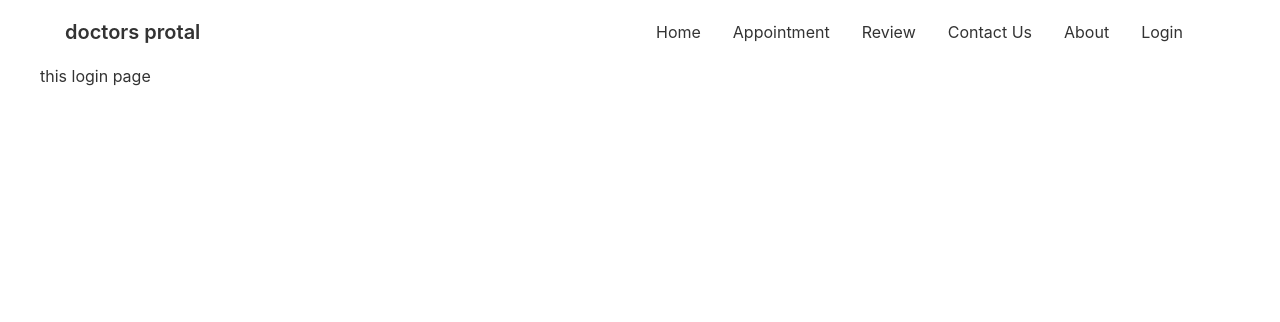
Repository: mdrubel02/doctor-protal
Page: /login
The author's editor kept a copy of each file at every save. The page is drawn from the files as they stood at one save, then again after the next save.
The browser window is 1280 px wide. The pictures show the whole page.
The project was rebuilt for these pictures with package versions that can differ from the ones it lists, and the page was loaded fresh each time. Also part of the build but not shown: src/App.css, src/Pages/About/About.js, src/Pages/Shared/Footer/Footer.js, src/Pages/Appointment/AppointmentBanner.js, src/Pages/Appointment/BookingModal.js, src/Pages/Appointment/Service.js, src/Pages/Appointment/AvailableAppointment.js, src/Pages/Appointment/Appointment.js and 2 more. Imported but missing from the stored project, and not drawn on this page: src/Pages/Contact/Contact.

Above is the page before, as saved 2022-05-14 15:19:03.

After the next save:
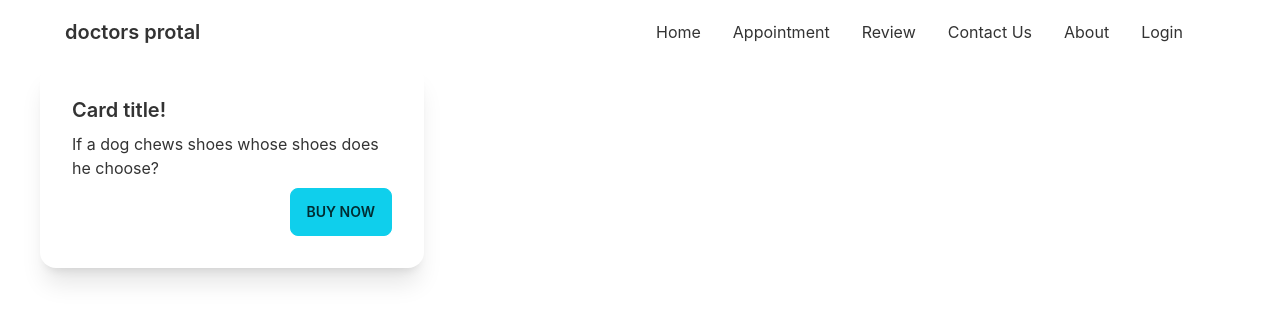
Saved 45 min 7 s later.
--- a/src/Pages/Login/Login.js
+++ b/src/Pages/Login/Login.js
@@ -3,7 +3,15 @@ import React from 'react';
 const Login = () => {
     return (
         <div>
-            <h1>this login page</h1>
+            <div className="card w-96 bg-base-100 shadow-xl">
+                <div className="card-body">
+                    <h2 className="card-title">Card title!</h2>
+                    <p>If a dog chews shoes whose shoes does he choose?</p>
+                    <div className="card-actions justify-end">
+                        <button className="btn btn-primary">Buy Now</button>
+                    </div>
+                </div>
+            </div>
         </div>
     );
 };
